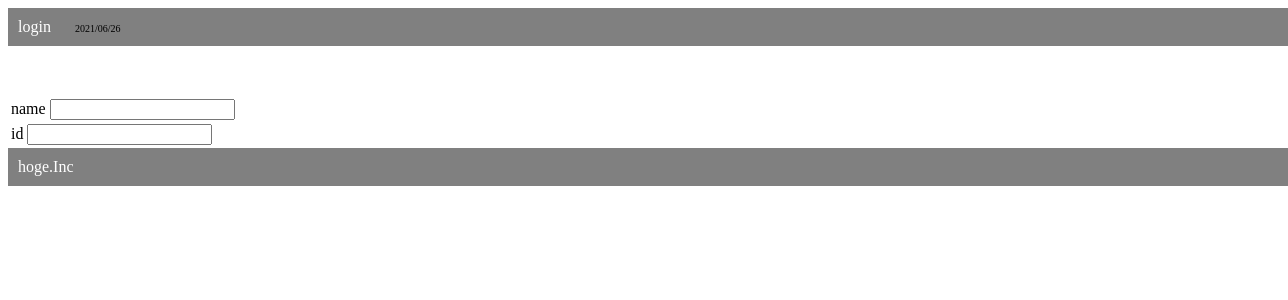
Repository: genki-iwai/curriculum
Page: http://localhost/Check3/
An editor plug-in stored every save of this project. The page is shown before and after the next save, followed by the edit.
The browser window is 1280 px wide. The page is 1288 px wide, so the pictures cover 1288 px, including what lies to the right of the window. The pictures show the whole page.
The page is served by Tomcat 9.

Above is the page before, as saved 2021-07-06 20:44:02.

After the next save:
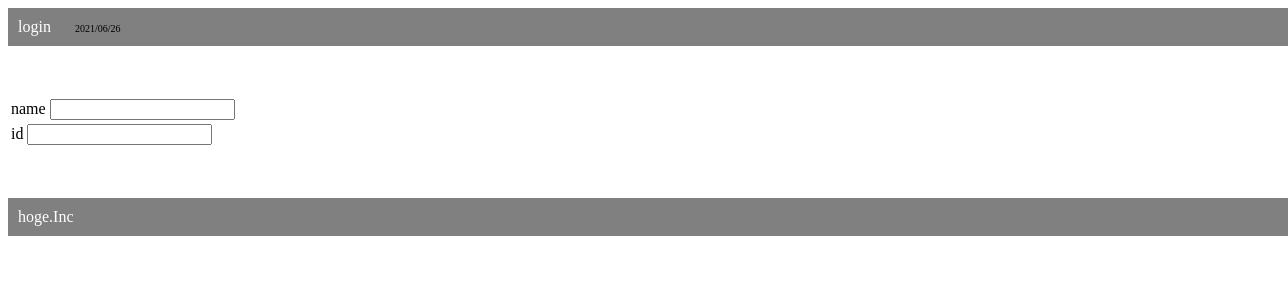
Saved 6 min 22 s later.
--- a/JavaStudy/Check3/WebContent/css/style.css
+++ b/JavaStudy/Check3/WebContent/css/style.css
@@ -22,6 +22,7 @@ body {
 }
 .main {
 	padding-top: 50px;
+	padding-bottom: 50px;
 }
 .footer {
 	background-color: gray;
